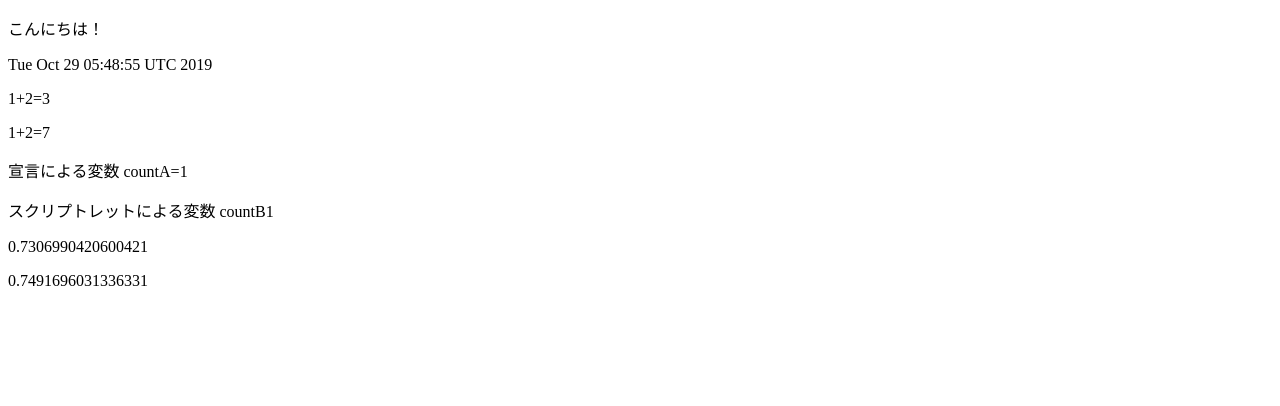
Repository: KeisukeNakamura038/test
Page: http://localhost/HelloJSP/
These files come from the project's save history. The page is drawn as it stood at one moment and after the next save; the edit follows.
The browser window is 1280 px wide. The pictures show the whole page.
The page is served by Tomcat 9.

Above is the page before, as saved 2019-10-29 07:36:06.

After the next save:
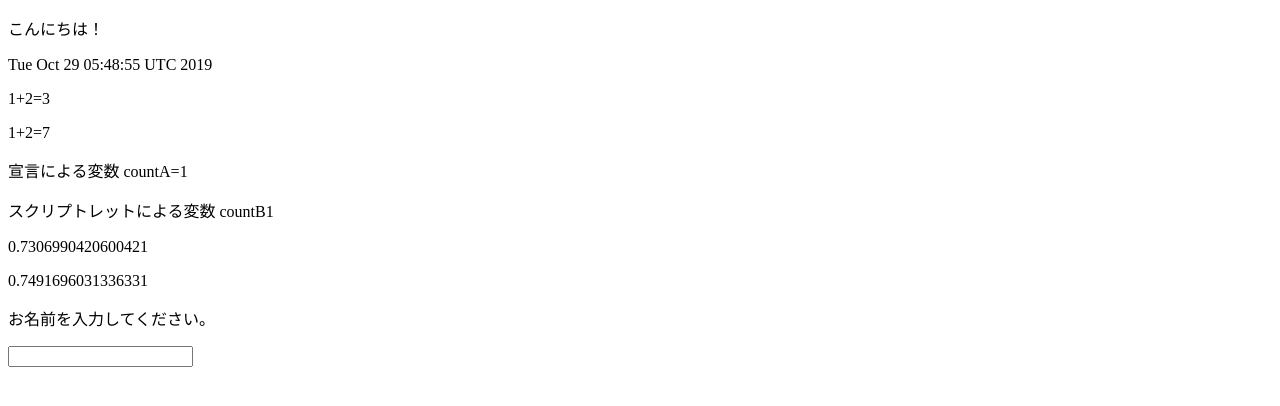
Saved 6 min 20 s later.
--- a/HelloJSP/WebContent/index.jsp
+++ b/HelloJSP/WebContent/index.jsp
@@ -41,5 +41,11 @@
 	<p><%=Math.random()%></p>
 
 
+	<p>お名前を入力してください。</p>
+	<from method="post" action="greeting-out.jsp">
+	<input type="text" name="user">
+	<imput type="submit value="確定">
+	</form>
+
 </body>
 </html>
